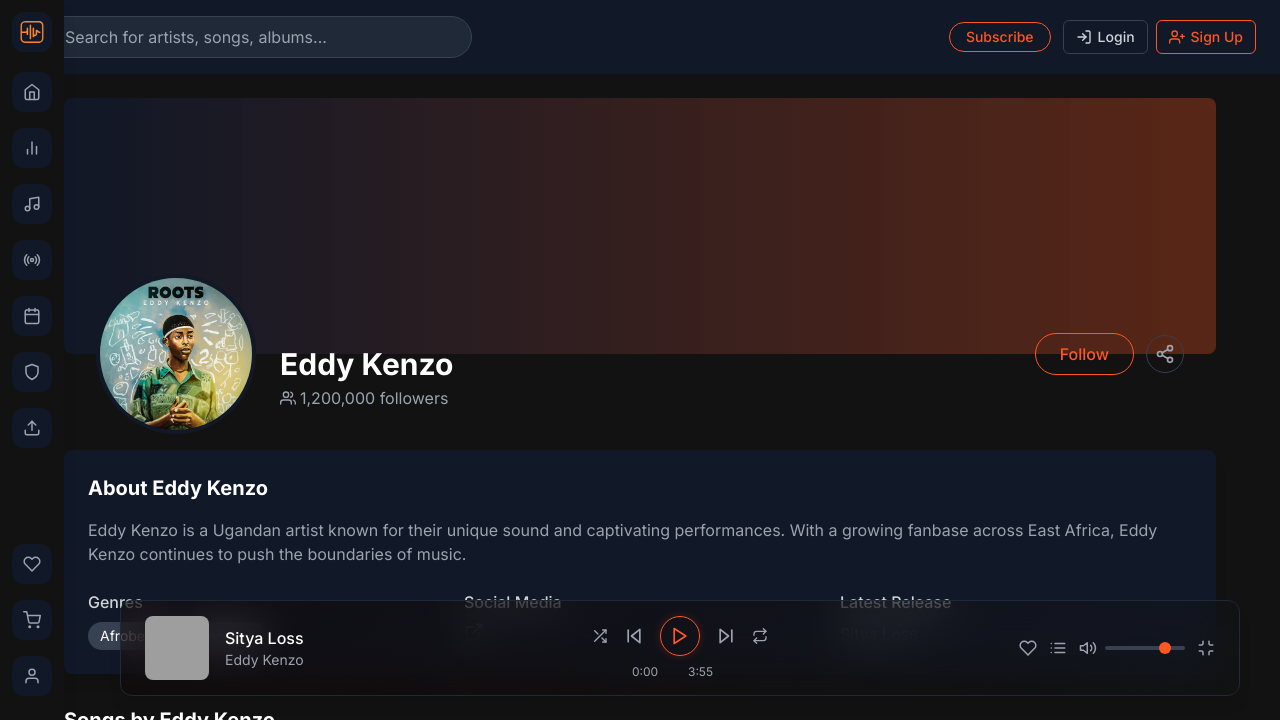
Repository: kaizoku010/sauti-box
Page: /artists/1
An editor plug-in stored every save of this project. The page is shown before and after the next save, followed by the edit.
The browser window is 1280 px wide. The pictures show the whole page.
Pictures or frames that could not be fetched are drawn as grey boxes. An inner scrolling area shows only its first screen. The project was rebuilt for these pictures with package versions that can differ from the ones it lists, and the page was loaded fresh each time. The framework's server and built-in components were replaced by stand-ins that run in the browser. Also part of the build but not shown: next.config.mjs, next.config.ts, src/components/PaymentModal.tsx.

Above is the page before, as saved 2025-04-20 22:07:41.

After the next save:
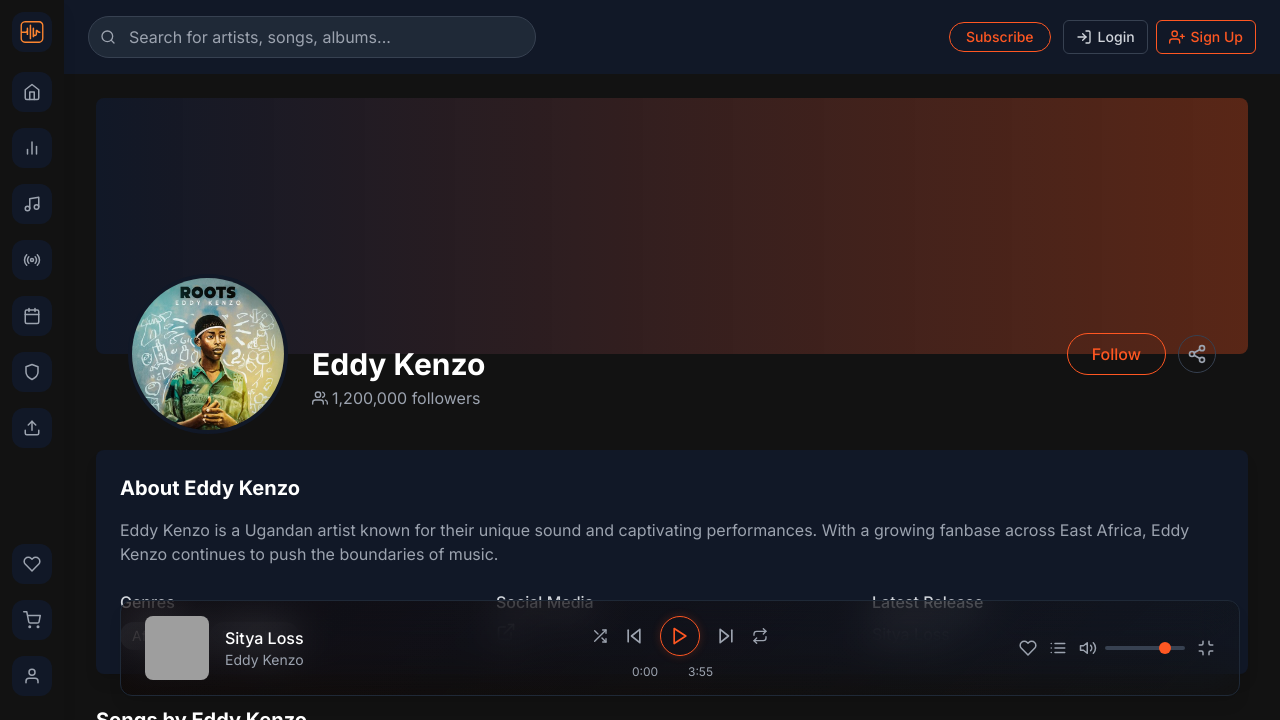
Saved 10 s later.
--- a/src/components/MainLayout.tsx
+++ b/src/components/MainLayout.tsx
@@ -20,7 +20,7 @@
       <div className="flex h-screen bg-background text-white overflow-x-hidden">
         <Sidebar />
 
-        <div className="flex-1">
+        <div className="flex-1 ml-16">
           <Header />
 
           <main className="p-2 sm:p-4 md:p-6 h-[calc(100vh-64px)] overflow-x-hidden">
